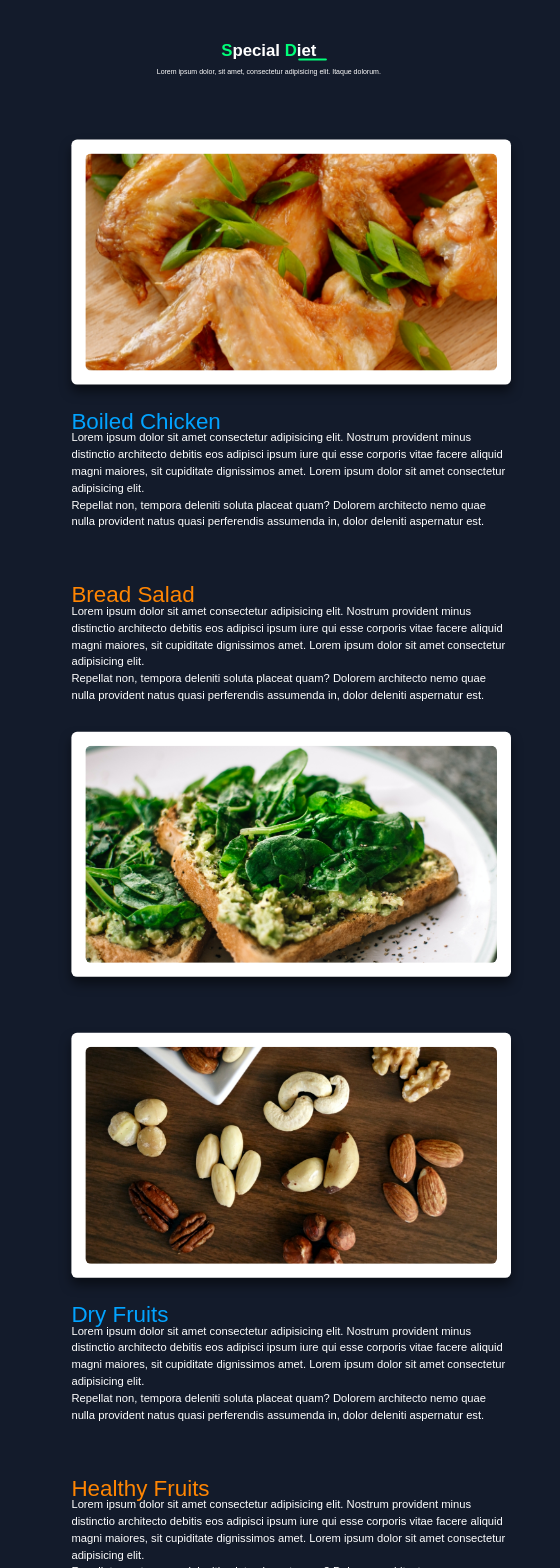
Repository: guilhermecardoso93/fitapex
Page: index.html
An editor plug-in stored every save of this project. The page is shown before and after the next save, followed by the edit.
The browser window is 768 px wide. The page is 800 px wide, so the pictures cover 800 px, including what lies to the right of the window. The pictures show the part of the page from y = 3859 to 6099 px (the page is 8911 px tall), at 70% of full size.

Above is the page before, as saved 2023-03-08 22:13:48.

After the next save:
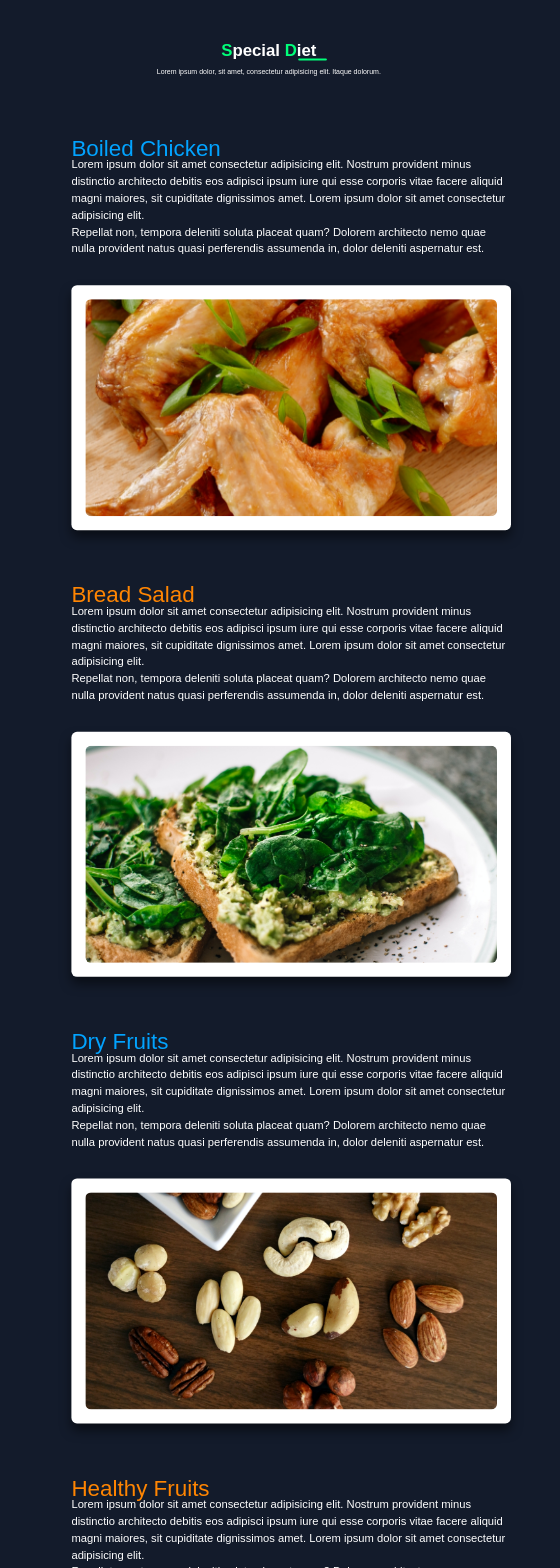
Saved 72 s later.
--- a/styles.css
+++ b/styles.css
@@ -139,4 +139,8 @@ body {
   .diet .content .row .cols {
     width: 100%;
   }
+
+  .diet .content .row:nth-child(odd) .a {
+    order: 0;
+  }
 }
